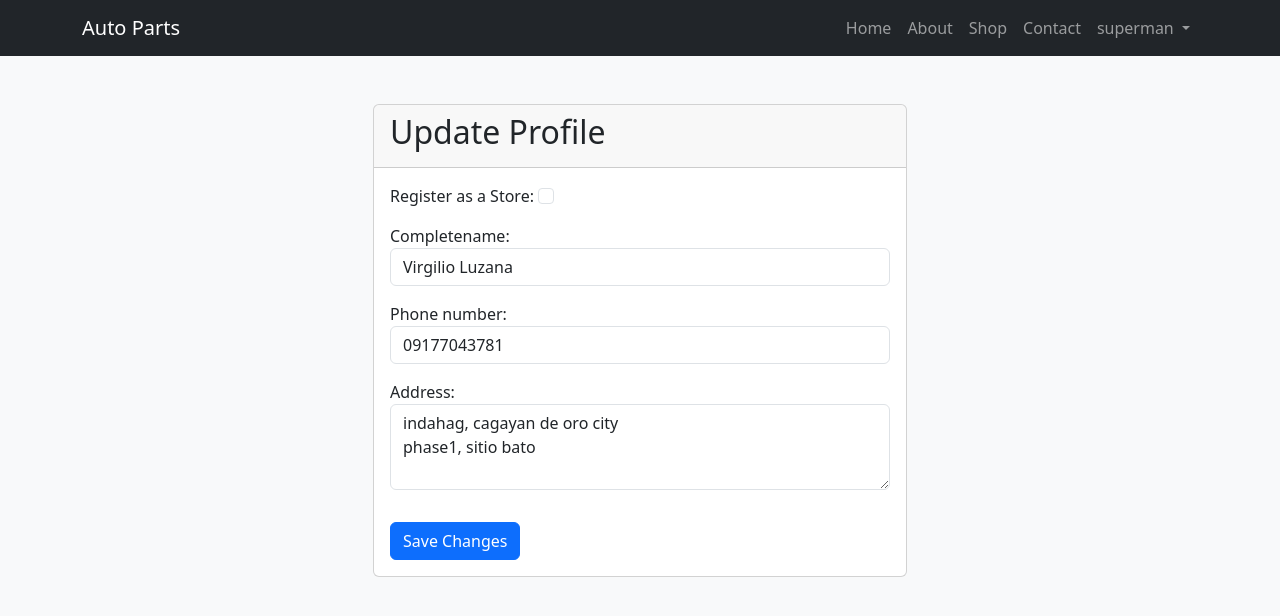
Repository: Jijiluzana225/onlineparts
Page: http://localhost/profile/update/
These files come from the project's save history. The page is drawn as it stood at one moment and after the next save; the edit follows.
The browser window is 1280 px wide. The pictures show the whole page.
The page is served by the project's application, run on Django 5.2 (manage.py). The first stored user is signed in. Other server files are loaded and not shown. The page reads the database file committed with the project.

Above is the page before, as saved 2025-02-19 13:14:09.

### orders/templates/orders/profile_update.html
{% extends 'orders/landing.html' %}

{% block content %}
<div class="container mt-5">
    <div class="row justify-content-center">
        <div class="col-lg-6 col-md-8 col-sm-10">
            <div class="card">
                <div class="card-header">
                    <h2>Update Profile</h2>
                </div>
                <div class="card-body">
                    <form method="post">
                        {% csrf_token %}
                        {{ form.as_p }}
                        <button type="submit" class="btn btn-primary mt-3">Save Changes</button>
                    </form>
                </div>
            </div>
        </div>
    </div>
</div>
{% endblock %}

### orders/templates/orders/landing.html
<!DOCTYPE html>
<html lang="en">
<head>
    <meta charset="UTF-8">
    <meta name="viewport" content="width=device-width, initial-scale=1">
    <title>{% block title %}Landing Page{% endblock %}</title>
    <link href="https://cdn.jsdelivr.net/npm/bootstrap@5.3.0/dist/css/bootstrap.min.css" rel="stylesheet">
    <style>
        body {
            background-color: #f8f9fa;
        }
        .hero {
            height: 80vh;
            display: flex;
            align-items: center;
            justify-content: center;
            text-align: center;
            background: url('https://source.unsplash.com/1600x900/?car,parts') no-repeat center center/cover;
            color: white;
        }
        .hero-overlay {
            background: rgba(0, 0, 0, 0.5);
            padding: 50px;
            border-radius: 10px;
        }
        .btn-custom {
            background-color: #ff6f00;
            color: white;
            border-radius: 30px;
            padding: 10px 20px;
        }
        .btn-custom:hover {
            background-color: #e65c00;
        }
    </style>
    {% block extra_css %}{% endblock %}
</head>
<body>

    <!-- Navbar -->
    <!-- Navbar -->
<nav class="navbar navbar-expand-lg navbar-dark bg-dark">
    <div class="container">
        <a class="navbar-brand" href="{% url 'home' %}">Auto Parts</a>
        <button class="navbar-toggler" type="button" data-bs-toggle="collapse" data-bs-target="#navbarNav">
            <span class="navbar-toggler-icon"></span>
        </button>
        <div class="collapse navbar-collapse" id="navbarNav">
            <ul class="navbar-nav ms-auto">
                <li class="nav-item"><a class="nav-link" href="{% url 'home' %}">Home</a></li>
                <li class="nav-item"><a class="nav-link" href="#">About</a></li>
                <li class="nav-item"><a class="nav-link" href="#">Shop</a></li>
                <li class="nav-item"><a class="nav-link" href="#">Contact</a></li>

                {% if user.is_authenticated %}
                    <li class="nav-item dropdown">
                        <a class="nav-link dropdown-toggle" href="#" id="userDropdown" role="button" data-bs-toggle="dropdown">
                            {{ user.username }}
                        </a>
                        <ul class="dropdown-menu">
                            <li><a class="dropdown-item" href="{% url 'profile_update' %}">Profile</a></li>
                            <li>
                                <form method="post" action="{% url 'logout' %}">
                                    {% csrf_token %}
                                    <button type="submit" class="dropdown-item">Logout</button>
                                </form>
                            </li>
                        </ul>
                    </li>
                {% else %}
                    <li class="nav-item"><a class="nav-link btn btn-secondary" href="{% url 'register' %}">Sign Up</a></li>
                {% endif %}
            </ul>
        </div>
    </div>
</nav>


    <!-- Main Content -->
    <main class="container mt-4">
        {% block content %}
        {% endblock %}
    </main>

    <!-- Bootstrap JS -->
    <script src="https://cdn.jsdelivr.net/npm/bootstrap@5.3.0/dist/js/bootstrap.bundle.min.js"></script>
    {% block extra_js %}{% endblock %}
</body>
</html>

### orders/forms.py
from django import forms
from django.contrib.auth.forms import UserCreationForm
from .models import Customer

class CustomerRegistrationForm(UserCreationForm):
    is_store = forms.BooleanField(
        required=False,
        widget=forms.CheckboxInput(attrs={'class': 'form-check-input'}),
        label="Register as a Store"
    )
    phone_number = forms.CharField(
        max_length=15,
        widget=forms.TextInput(attrs={'class': 'form-control', 'placeholder': 'Enter phone number'}),
        label="Phone Number"
    )
    address = forms.CharField(
        widget=forms.Textarea(attrs={'class': 'form-control', 'rows': 3, 'placeholder': 'Enter your Complete address'}),
        required=False,
        label="Complete Address"
    )

    class Meta:
        model = Customer
        fields = ['is_store','username', 'password1', 'password2', 'completename', 'email', 'phone_number', 'address']

        labels = {
            'completename': 'Full Name / Store Name',
            'email': 'Email',
            'address': 'Complete Address',
        }
        widgets = {
            'username': forms.TextInput(attrs={'class': 'form-control', 'placeholder': 'Enter username'}),
            'password1': forms.PasswordInput(attrs={
                'class': 'form-control',
                'placeholder': 'Enter password',
                'autocomplete': 'new-password',
                'minlength': '8'
            }),
            'password2': forms.PasswordInput(attrs={
                'class': 'form-control',
                'placeholder': 'Confirm password',
                'autocomplete': 'new-password',
                'minlength': '8'
            }),
            'completename': forms.TextInput(attrs={'class': 'form-control', 'placeholder': 'Enter full name'}),
            'email': forms.EmailInput(attrs={'class': 'form-control', 'placeholder': 'Enter email'}),
        }


from django import forms
from .models import Customer

class CustomerUpdateForm(forms.ModelForm):
    is_store = forms.BooleanField(
        required=False,
        widget=forms.CheckboxInput(attrs={'class': 'form-check-input'}),
        label="Register as a Store"
    )
    class Meta:
        model = Customer
        fields = ["is_store", "completename", "phone_number", "address"]
        widgets = {
            "completename": forms.TextInput(attrs={"class": "form-control"}),
            "phone_number": forms.TextInput(attrs={"class": "form-control"}),
            "address": forms.Textarea(attrs={"class": "form-control", "rows": 3}),
        }

### orders/models.py
from django.contrib.auth.models import AbstractUser
from django.db import models
from django.contrib.auth.models import User
from django.conf import settings


class Customer(AbstractUser):
    completename = models.CharField(max_length=250 )
    phone_number = models.CharField(max_length=50 )
    address = models.TextField(blank=True, null=True)
    is_store = models.BooleanField(default=False)





    groups = models.ManyToManyField(
        "auth.Group",
        related_name="customer_users",  # Custom related name to avoid conflicts
        blank=True
    )
    user_permissions = models.ManyToManyField(
        "auth.Permission",
        related_name="customer_users_permissions",  # Custom related name
        blank=True
    )

    def __str__(self):
        return self.username

BRAND_CHOICES = [
    ("Toyota", "Toyota"),
    ("Mitsubishi", "Mitsubishi"),
    ("Honda", "Honda"),
    ("Nissan", "Nissan"),
    ("Ford", "Ford"),
    ("Isuzu", "Isuzu"),
    ("Hyundai", "Hyundai"),
    ("Kia", "Kia"),
    ("Chevrolet", "Chevrolet"),
    ("Suzuki", "Suzuki"),
    ("Daihatsu", "Daihatsu"),
    ("Mazda", "Mazda"),
    ("Subaru", "Subaru"),
    ("Fuso", "Fuso"),
    ("Hino", "Hino"),
    ("Tata", "Tata"),
    ("MAN", "MAN"),
    ("Scania", "Scania"),
    ("Volkswagen", "Volkswagen"),
    ("Chery", "Chery"),
    ("Foton", "Foton"),
    ("JAC", "JAC"),
    ("Dongfeng", "Dongfeng"),
    ("Changan", "Changan"),
    ("Geely", "Geely"),
    ("MG", "MG"),
    ("BYD", "BYD"),
    ("BAIC", "BAIC"),
    ("GAC", "GAC"),
    ("Maxus", "Maxus"),
]


# Part Request Model
class PartRequest(models.Model):
    user = models.ForeignKey(settings.AUTH_USER_MODEL, on_delete=models.CASCADE)
    part_name = models.CharField(max_length=255)
    description = models.TextField()
    image1 = models.ImageField(upload_to="part_images/")
    image2 = models.ImageField(upload_to="part_images/")
    brand = models.CharField(max_length=255, choices=BRAND_CHOICES)
    year = models.PositiveIntegerField()
    car_model = models.CharField(max_length=255)
    created_at = models.DateTimeField(auto_now_add=True)

    def __str__(self):
        return f"{self.part_name} ({self.brand} - {self.car_model})"

### orders/views.py
from django.shortcuts import render, redirect
from .forms import CustomerRegistrationForm
from django.shortcuts import render, redirect
from django.contrib.auth import login, authenticate
from django.contrib.auth.forms import UserCreationForm

def register_view(request):
    if request.method == "POST":
        form = UserCreationForm(request.POST)
        if form.is_valid():
            user = form.save()  # Create the user
            username = form.cleaned_data.get("username")
            password = form.cleaned_data.get("password1")
            user = authenticate(username=username, password=password)  # Authenticate
            if user is not None:
                login(request, user)  # Auto-login user
                return redirect("landing")  # Redirect to landing page
    else:
        form = UserCreationForm()

    return render(request, "orders/register.html", {"form": form})


def landing_page(request):
    return render(request, 'orders/landing.html')



from django.shortcuts import render, redirect
from django.contrib.auth.decorators import login_required
from .forms import CustomerUpdateForm

@login_required
def profile_update_view(request):
    user = request.user
    if request.method == "POST":
        form = CustomerUpdateForm(request.POST, instance=user)
        if form.is_valid():
            form.save()
            return redirect("home")  # Stay on profile page after saving
    else:
        form = CustomerUpdateForm(instance=user)

    return render(request, "orders/profile_update.html", {"form": form})

### Onlinespareparts/urls.py
from django.contrib import admin
from django.urls import path, include

urlpatterns = [
    path('admin/', admin.site.urls),
    path('', include('orders.urls')),
]

### orders/urls.py
from django.urls import path
from .views import *
from django.contrib.auth import views as auth_views


urlpatterns = [
    path('register/', register_view, name='register'),
    path('login/', auth_views.LoginView.as_view(template_name='orders/login.html'), name='login'),
    path('logout/', auth_views.LogoutView.as_view(next_page='login'), name='logout'),
    path('', landing_page, name='home'),  # This makes the landing page accessible at "/"
    path('profile/update/', profile_update_view, name='profile_update'),
]

### db.sqlite3 (the tables this page reads, as SQL)
CREATE TABLE "orders_customer" ("id" integer NOT NULL PRIMARY KEY AUTOINCREMENT, "password" varchar(128) NOT NULL, "last_login" datetime NULL, "is_superuser" bool NOT NULL, "username" varchar(150) NOT NULL UNIQUE, "first_name" varchar(150) NOT NULL, "last_name" varchar(150) NOT NULL, "email" varchar(254) NOT NULL, "is_staff" bool NOT NULL, "is_active" bool NOT NULL, "date_joined" datetime NOT NULL, "address" text NULL, "completename" varchar(250) NOT NULL, "is_store" bool NOT NULL, "phone_number" varchar(50) NOT NULL);
INSERT INTO "orders_customer" VALUES
(1, 'pbkdf2_sha256$870000$VHQkwlPfUP1SNa0vBYsA7k$xsI35DDTdhc7H3JwGuztpMY/AAeYScYKnnqDLhE/+0g=', '2025-02-19 02:28:15.167806', 0, 'superman', '', '', '', 0, 1, '2025-02-19 02:28:10.405698', 'indahag, cagayan de oro city
phase1, sitio bato', 'Virgilio Luzana', 0, '09177043781'),
(2, 'pbkdf2_sha256$870000$GhjSe6JSIdMJIwcGOd7stu$XxR9+I6HrKTBmuHSeI9PfhQ2XuxXIJ+ORDY020h+u8U=', '2025-02-19 08:37:37.557177', 1, 'jiji', '', '', 'avs@yaho.com', 1, 1, '2025-02-19 02:37:26.988108', NULL, '', 0, ''),
(3, 'pbkdf2_sha256$870000$lyKv2UQ69dKomsfcFp8UGi$PZ5e/sLGaO3Y0FBcV3+q1HIlxv7XmPYnS6bMstYYly8=', '2025-02-19 10:18:33.936735', 0, 'x', '', '', '', 0, 1, '2025-02-19 04:28:33.327759', 'indahag, cagayan de oro city
phase1, sitio bato', 'Virgilio Luzana', 1, '09177043782'),
(4, 'pbkdf2_sha256$870000$1Ue3r2T8hpDVj8mkZsli0o$5FlyLAhfa8jIHZZtGiX/8F64IjlzjU4ghlo7uPokTI0=', '2025-02-19 10:20:35.401779', 1, 'j3', '', '', '', 1, 1, '2025-02-19 04:36:55', 'indahag, cagayan de oro city
phase1, sitio bato', 'Cagayan de Oro Automotives', 1, '09177043781');

After the next save:
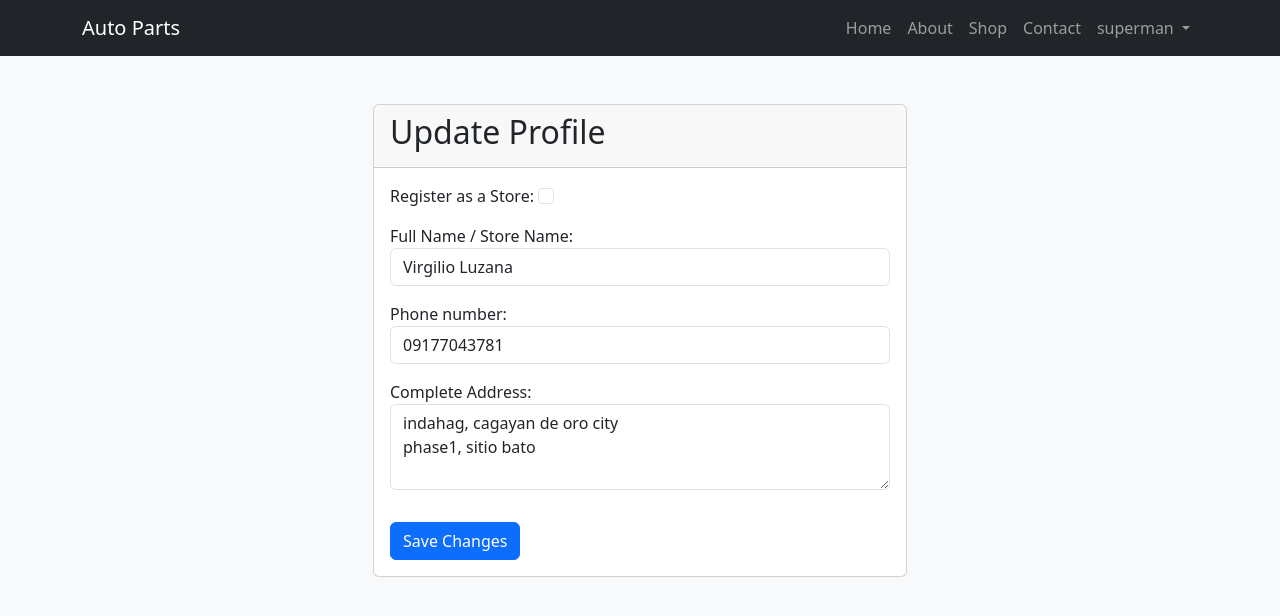
Saved 72 s later.
--- a/orders/forms.py
+++ b/orders/forms.py
@@ -59,6 +59,11 @@ class CustomerUpdateForm(forms.ModelForm):
     class Meta:
         model = Customer
         fields = ["is_store", "completename", "phone_number", "address"]
+        labels = {
+            'completename': 'Full Name / Store Name',
+            'email': 'Email',
+            'address': 'Complete Address',
+        }
         widgets = {
             "completename": forms.TextInput(attrs={"class": "form-control"}),
             "phone_number": forms.TextInput(attrs={"class": "form-control"}),
